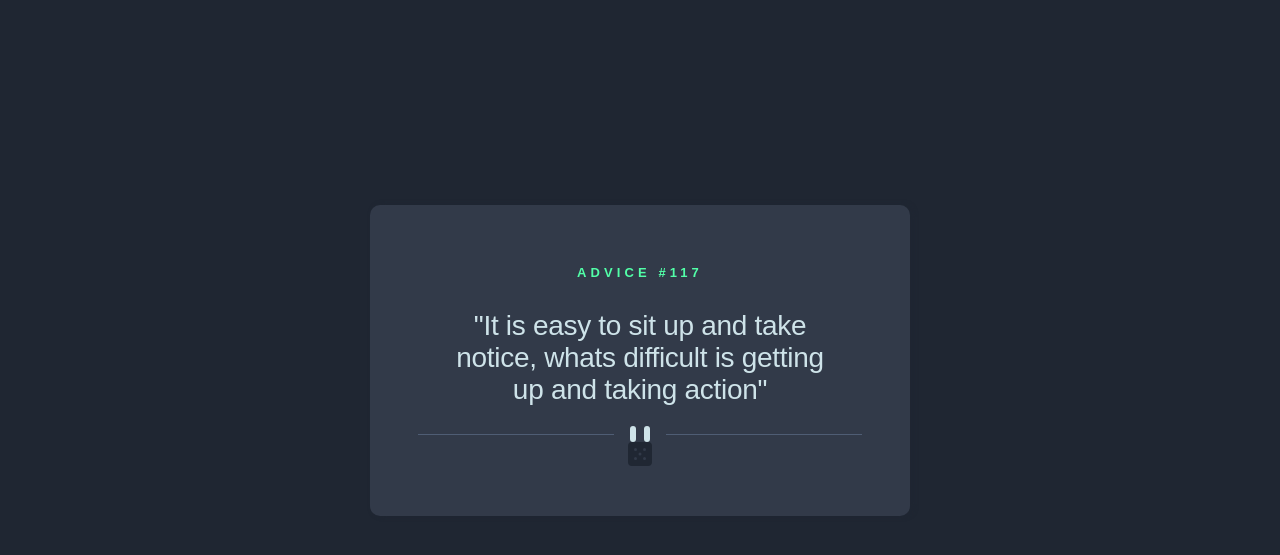
Repository: Arkitecth/advice-generator
Page: index.html
An editor plug-in stored every save of this project. The page is shown before and after the next save, followed by the edit.
The browser window is 1280 px wide. The pictures show the whole page.

Above is the page before, as saved 2023-07-12 17:46:36.

### index.html
<!DOCTYPE html>
<html lang="en">
<head>
  <meta charset="UTF-8">
  <meta name="viewport" content="width=device-width, initial-scale=1.0"> <!-- displays site properly based on user's device -->

  <link rel="icon" type="image/png" sizes="32x32" href="./images/favicon-32x32.png">
  <link rel="stylesheet" href="style.css">
  <title>Advice generator app</title>

</head>
<body>
  <div class="container">
    <p class="advice">Advice <span class="advice-num">#117</span></p>
    <p class="advice-text">"It is easy to sit up and take notice, whats difficult is getting up and taking action"</p>
    <img src="images/pattern-divider-desktop.svg" alt="pattern-divider-desktop">
    <img src="images/icon-dice.svg" alt="dice-icon">
  </div>
</body>
</html>

### style.css
:root {
    --dark-blue: hsl(218, 23%, 16%);
    --dark-grayish-blue:hsl(217, 19%, 24%);
    --light-cyan:  hsl(193, 38%, 86%);
    --neon-green:hsl(150, 100%, 66%);
    --grayish-blue:hsl(217, 19%, 38%);
}
* {
    margin: 0;
    padding:0;
    box-sizing: border-box;
    font-family: 'Manrope', sans-serif;
}
@import url('https://fonts.googleapis.com/css2?family=Manrope:wght@800&display=swap');


body {
    background-color: var(--dark-blue);
    display: flex;
    height: 100vh;
    align-items: center;
}

.container {
    margin: 0 auto;
    background-color: var(--dark-grayish-blue);
    max-width: 540px;
    padding: 50px;
    border-radius: 10px;
    box-shadow: 3px 0px 5px var(--dark-blue);
    display: flex;
    flex-direction: column;
    align-items: center;
    align-content: space-around;
    justify-content: space-between;
}

.advice {
    color: var(--neon-green);
    text-transform: uppercase;
    font-weight: 800;
    letter-spacing: 4.086px;
    font-size: 0.8125rem;
    margin: 10px 10px;
}

.advice-text {
    color: var(--light-cyan);
    text-align: center;
    font-size: 28px;
    letter-spacing: -0.3px;
    margin: 20px 20px;
}

After the next save:
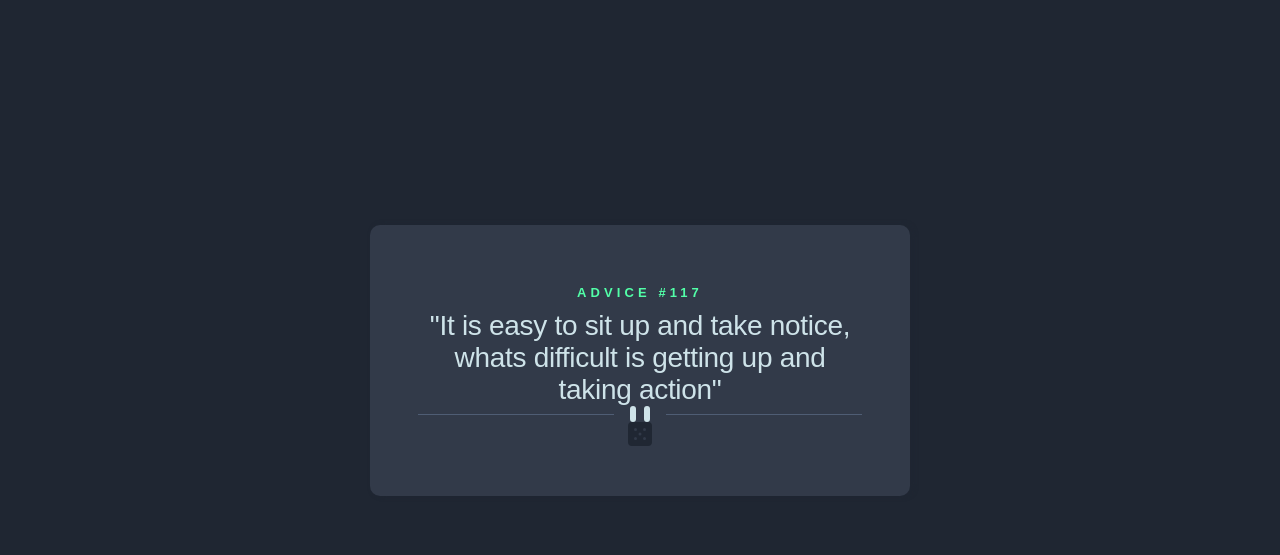
Saved 14 s later.
--- a/style.css
+++ b/style.css
@@ -49,5 +49,4 @@
     text-align: center;
     font-size: 28px;
     letter-spacing: -0.3px;
-    margin: 20px 20px;
 }

After the save that followed:
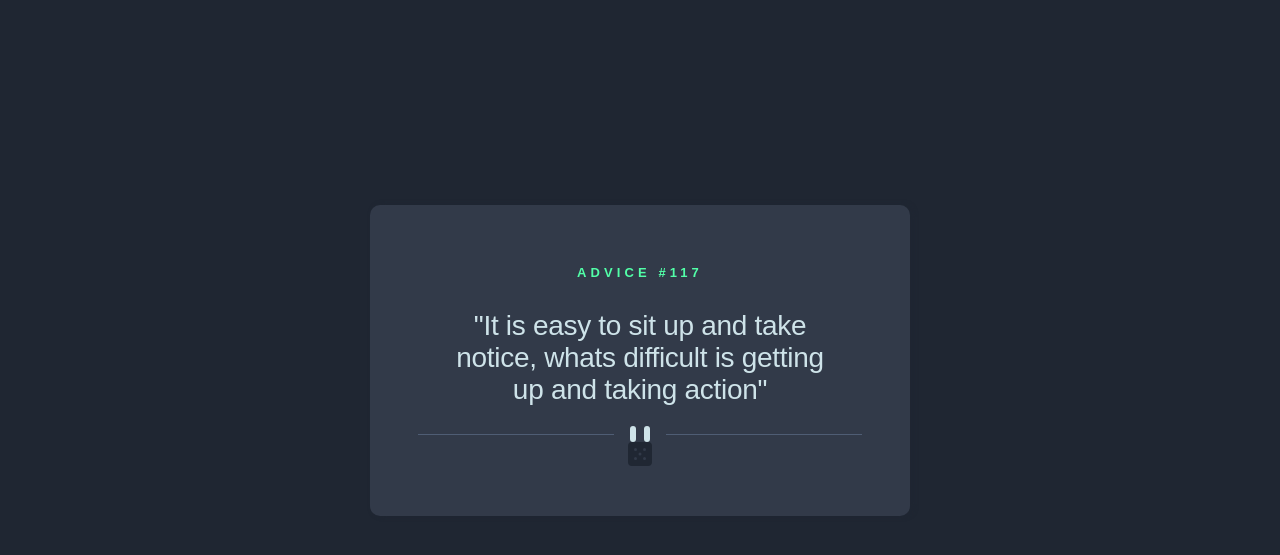
Saved 14 s later.
--- a/style.css
+++ b/style.css
@@ -49,4 +49,5 @@
     text-align: center;
     font-size: 28px;
     letter-spacing: -0.3px;
+    padding:  20px;
 }
